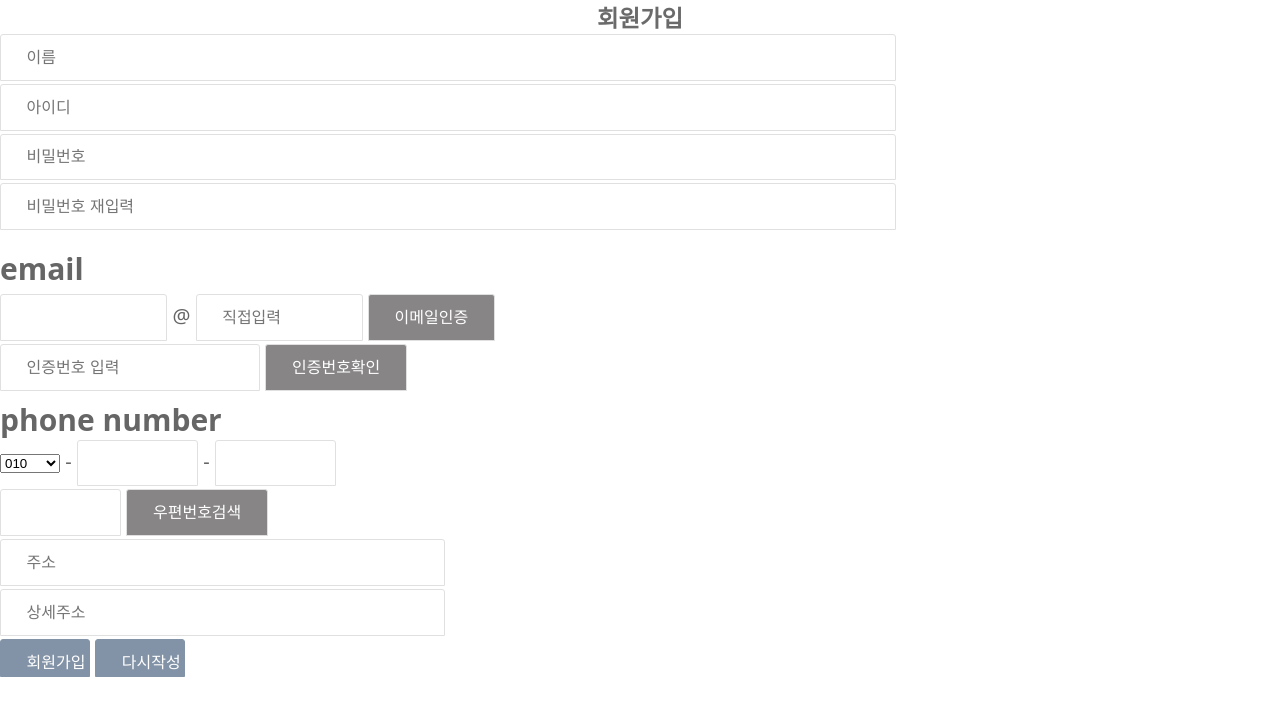
Repository: keepsus/gaebokchi
Page: http://localhost/uzuslime/member/memberWriteForm.jsp
The author's editor kept a copy of each file at every save. The page is drawn from the files as they stood at one save, then again after the next save.
The browser window is 1280 px wide. The pictures show the whole page.
Some web fonts or font styles are not loaded; a fallback is used. The page is served by Tomcat 9. Nobody is signed in. The application's start-up code is not run. Other server files are loaded and not shown.

Above is the page before, as saved 2021-02-12 11:10:54.

### uzuslime/src/main/webapp/member/memberWriteForm.jsp
<%@ page language="java" contentType="text/html; charset=UTF-8"
    pageEncoding="UTF-8"%>

    <link rel="stylesheet" href="/slime/css/memberWriteForm.css">
    <link rel="preconnect" href="https://fonts.gstatic.com">
    <link href="https://fonts.googleapis.com/css2?family=Raleway:ital,wght@0,200;0,300;0,400;0,500;1,300;1,400&display=swap" rel="stylesheet">


<form name="memberWriteForm" method="post" action="/slime/member/write">
	<div>
	    <h3 class="modal-header" style="text-align:center; color:rgba(63, 62, 62, 0.774);">회원가입</h3>
	</div>


	<article name="memberSignUpForm" class="signUpForm" >
	    <div class="input-text">
	        <input type="text" id="member_name" name="member_name" size="25" placeholder="이름" autocomplete=”off”>
	        <div id="nameDiv"></div>
	    </div>


	    <div class="input-text">
	        <input type="text" class="member_id" id="member_id" name="member_id" size="25" placeholder="아이디" autocomplete=”off”>
	        <input type="hidden" id="check" value="">
	      <div id="idDiv"></div>

	    </div>


	    <div class="input-text">
	        <input type="password" class="sign-pwd" name="member_pw" size="25" placeholder="비밀번호">
	        <div id="pwdDiv"></div>
	    </div>


	    <div class="input-text">
	        <input type="password" class="sign-repwd" name="repw" size="25" placeholder="비밀번호 재입력">
	        <div id="repwdDiv"></div>
	    </div>


	    <div class="signUp-email-form" style="margin-top:15px;">
	    	    <h2 style="margin-bottom:5px;">email </h2>
	        <input type="text" class="sign-email1" id="email1" name="email1" size="10">
	        @
	        <input type="email" class="sign-email2" list="email2" id="email2" name="email2"  placeholder="직접입력" size="10">
	        <datalist id="email2">
	            <option value="gmail.com">
	            <option value="naver.com">
	            <option value="hanmail.net">
	        </datalist>
	        <input type="button" id="emailBtn" name="emailBtn" class="emailBtn" value="이메일인증"><br>
	         <input type="text" class="checkEmail" id="checkEmail" name="checkEmail" placeholder="인증번호 입력" autocomplete=”off”>
	         <input type="hidden" id="checkEmailR" value="">
	        <input type="button" id="emailCheckBtn" class="emailCheckBtn" value="인증번호확인" ><br>
	    </div>
		<div id="emailDiv"></div>

	    <div class="signUp-phone-form">
	    <h2 style="margin-top:5px;">phone number </h2>
	        <select name="tel1" class="sign-tel1" style="width: 60px;">
	            <option value="010">010
	            <option value="011">011
	            <option value="019">019
	        </select>
	         -
	         <input type="text" class="sign-tel2" name="tel2" size="5">
	         -
	         <input type="text" class="sign-tel3" name="tel3" size="5">
	    </div>


	    <div class="signUp-address-form">
	        <input type="text" class="sign-post" id="postcode" name="zipcode" size="5" readonly>
	        <input type="button" id="checkPostBtn" class="checkPostBtn" value="우편번호검색"><br>
	        <input type="text" class="sign-address" id="address" name="addr1" size="40"  readonly placeholder="주소"><br>
	        <input type="text" class="sign-detail" id="detailAddress" name="addr2" size="40" placeholder="상세주소">
	    </div>


	    <div class="signUp-btn-box">
	        <input type="button" id="writeBtn" class="writeBtn" value="회원가입">
	        <input type="reset" value="다시작성">
	    </div>
	</article>

	<input type="hidden" name="email_key" value="0">
	<input type="hidden" name="admin_yn" value="0">

</form>
<script type="text/javascript" src="https://code.jquery.com/jquery-3.5.1.min.js"></script>
<script type="text/javascript" src="/slime/js/member.js?ver=1"></script>

### uzuslime/src/main/webapp/css/memberWriteForm.css
@charset "UTF-8";
* {
    margin: 0px;
    padding: 0px;
    box-sizing: border-box;
}

html {
    background-color: #fff;
    color: rgba(85, 85, 85, 0.897);
    font-family: 'Raleway','Noto Sans Korean','Apple SD Gothic Neo', 'Malgun Gothic','Nanum Gothic', 'Noto Sans','sans-serif';
    font-weight: 300px;
    font-size: 20px;
    text-rendering: optimizeLegibility;
    /* 반응형 웹사이트를 만드려고 기준으로 두었다. 폰트사이즈를 20px을 기본으로 주면 다른 태그에서 %를 사용해서 변경해주면
    폰트 사이즈를 바꿔줄때마다 웹사이트의 폰트 사이즈가 자동으로 바뀔 것이다. */
}

.modal-header{
	margin-botton: 8%;

}

.memberSignUpForm{
	text-align: center;
}

.input-text input{
    width: 70%;
    padding: 1% 2%;
    line-height: 1.2;
    border-radius: 3px 3px 0 0;
    border: 1px solid #e0e0e0;
    font-size: 80%;
    margin-bottom: 3px;
}

.emailBtn,.emailCheckBtn,.checkPostBtn{
    background-color: #fff;
    color: rgba(85, 85, 85, 0.897);
    border: 1px solid #e0e0e0;
    text-decoration: none;
    cursor: pointer;
    border-radius: 3px 3px 0 0;
}

.emailBtn,.emailCheckBtn,.checkPostBtn,.writeBtn:hover{
    transition: 0.4s;
    background-color: rgba(78, 76, 76, 0.678);
    color: white;
}

.signUp-email-form input {
	padding: 1% 2%;
    line-height: 1.2;
    border-radius: 3px 3px 0 0;
    border: 1px solid #e0e0e0;
    font-size: 80%;
    margin-bottom: 3px;
}

.signUp-phone-form input {
	padding: 1% 2%;
    line-height: 1.2;
    border-radius: 3px 3px 0 0;
    border: 1px solid #e0e0e0;
    font-size: 80%;
    margin-bottom: 3px;
}

.signUp-address-form input {
	padding: 1% 2%;
    line-height: 1.2;
    border-radius: 3px 3px 0 0;
    border: 1px solid #e0e0e0;
    font-size: 80%;
    margin-bottom: 3px;
}

.signUp-btn-box input{
	padding: 1% 2%;
    line-height: 1.2;
    border-radius: 3px 3px 0 0;
    border: 1px solid #8393a7;
    background-color: #8393a7;
    font-size: 80%;
    color :white;
    margin-bottom: 3px;
    width: 90px;
    height:38px;
    cursor:pointer;
}

### uzuslime/src/main/webapp/js/member.js
//로그인
$('#loginBtn').click(function(){
	$('#loginIdDiv').empty();
	$('#loginPwdDiv').empty();

	if($('#loginId').val()==''){
		$('#loginIdDiv').text('아이디를 입력')
						.css('color','red')
						.css('font-size','8pt')
						.css('font-weight','bold');

	}else if($('#loginPwd').val()==''){
		$('#loginPwdDiv').text('비밀번호를 입력')
						 .css('color','red')
						 .css('font-size','8pt')
						 .css('font-weight','bold');
	}else{
		$.ajax({
			type : 'post',
			url: '/slime/member/login',
			data: {'member_id': $('#loginId').val(), 'pwpwpw': $('#loginPwd').val()},

			dataType: 'text',
			success: function(data){
				if(data == 'success'){
					location.href = '/slime/index.jsp';

				}else if(data == 'fail'){

					alert('잘못된 정보입니다. 다시 입력해주세요.');
				}
			},//success
			error: function(err){
				console.log(err);
			}//error

		});//ajax
	}//else
});//click

//회원가입
$('#writeBtn').click(function(){
	$('#nameDiv').empty();
	$('#idDiv').empty();
	$('#pwdDiv').empty();
	$('#repwdDiv').empty();
	$('#emailDiv').empty();
	var idReg = /^[A-za-z0-9]/g;
	//아이디 한글못넣게 하는 것
	//[영문 대문자 또는 소문자로 시작하는 아이디, 끝날때 제한 없음]

	//if($('#name').val()==''){ -> 방법 1
	//if($('input[id=member_name]').val()==''){ -> 방법 2
	//id 속성이용은 2가지 방법 모두 가능
	if($('input[id=member_name]').val()==''){
		$('#nameDiv').text('이름을 입력하세요');
		$('#nameDiv').css('color','red');
		$('#nameDiv').css('font-size','8pt');
		$('#nameDiv').css('font-weight','bold');

	}else if($('#member_id').val()==''){	//id 속성이용
		$('#idDiv').text('아이디를 입력하세요');
		$('#idDiv').css('color','red');
		$('#idDiv').css('font-size','8pt');
		$('#idDiv').css('font-weight','bold');

	}else if( !idReg.test( $("input[id=member_id]").val() ) ){
		$('#idDiv').text('아이디는 영문자로 시작하는 6~20자 영문자 또는 숫자이어야 합니다.');
		$('#idDiv').css('color','red');
		$('#idDiv').css('font-size','8pt');
		$('#idDiv').css('font-weight','bold');

	}else if($('input[name=member_pw]').val()==''){
		$('#pwdDiv').text('비밀번호를 입력하세요')
		$('#pwdDiv').css('color','red')
		$('#pwdDiv').css('font-size','8pt')
		$('#pwdDiv').css('font-weight','bold');

	}else if($('input[name=repw]').val() != $('input[name=member_pw]').val()){
		$('#repwdDiv').text('비밀번호가 맞지 않습니다')
		$('#repwdDiv').css('color','red')
		$('#repwdDiv').css('font-size','8pt')
		$('#repwdDiv').css('font-weight','bold');

	}else if($('#member_id').val() != $('#check').val()){
		$('#idDiv').text('중복체크 하세요')
		$('#idDiv').css('color','red')
		$('#idDiv').css('font-size','8pt')
		$('#idDiv').css('font-weight','bold');

	}else if($('input[name=email1]').val()==''||$('input[name=email2]').val()==''){
		$('#emailDiv').text('이메일을 입력하세요')
		$('#emailDiv').css('color','red')
		$('#emailDiv').css('font-size','8pt')
		$('#emailDiv').css('font-weight','bold');

	}else{
		$('form[name=memberWriteForm]').submit();
	}
});

//중복 아이디 체크
$('#member_id').focusout(function(){
	if($('#member_id').val()==''){
		$('#idDiv').text('먼저 아이디를 입력하세요')
		$('#idDiv').css('color','magenta')
		$('#idDiv').css('font-size','8pt')
		$('#idDiv').css('font-weight','bold');

	}else{
		$.ajax({
			type: 'post',
			url: '/slime/member/checkId',
			data: 'member_id='+$('#member_id').val(),
			dataType: 'text',
			success: function(data){
				if(data == 'exist'){
					$('#idDiv').text('사용 불가능')
					$('#idDiv').css('color','magenta')
					$('#idDiv').css('font-size','8pt')
					$('#idDiv').css('font-weight','bold');

				}else if(data == 'non_exist'){
					$('#check').val($('#member_id').val());

					$('#idDiv').text('사용 가능')
					$('#idDiv').css('color','blue')
					$('#idDiv').css('font-size','8pt')
					$('#idDiv').css('font-weight','bold');
				}
			}
		});
	}
});

//우편번호
$('#checkPostBtn').click(function(){
	window.open("/slime/member/memberCheckPost", "zipcode", "width=700 height=500 scrollbars=yes");
});

$('#checkPostSearchBtn').click(function(){
	$.ajax({
		type: 'post',
		url: '/slime/member/checkPostSearch',
		data: $('#memberCheckPostForm').serialize(),	//serialize : '변수=값&변수=값'
		dataType: 'json',
		success: function(data){
			//alert(JSON.stringify(data));

			$('#checkPostTable tr:gt(2)').remove();

			$.each(data.list, function(index, items){
				var address = items.sido+' '
							+ items.sigungu+' '
							+ items.yubmyundong+' '
							+ items.ri+' '
							+ items.roadname+' '
							+ items.buildingname;

				address = address.replace(/null/g, '');

				$('<tr/>').append($('<td/>',{
					align: 'center',
					text: items.zipcode

				})).append($('<td/>',{
					colspan: '3',
					}).append($('<a/>',{
						href: '#',
						id: 'addressA',
						text: address
					}))
				).appendTo($('#checkPostTable'));
			});//each

			$('a').click(function(){
				//alert($(this).prop('tagName'));
				//alert($(this).parent().prev().text());

				$('#postcode', opener.document).val($(this).parent().prev().text());
				$('#address', opener.document).val($(this).text());
				$('#detailAddress', opener.document).focus();
				window.close();
			});
		},
		error: function(err){
			console.log(err);
		}
	});
});

//회원정보수정
$('#modifyBtn').click(function(){
	$('#nameDiv').empty();
	$('#pwdDiv').empty();
	$('#repwdDiv').empty();

	if($('#member_name').val()==''){
		$('#nameDiv').text('이름을 입력하세요');
		$('#nameDiv').css('color','red');
		$('#nameDiv').css('font-size','8pt');
		$('#nameDiv').css('font-weight','bold');

	}else if($('input[name=member_pw]').val()==''){
		$('#pwdDiv').text('비밀번호를 입력하세요')
		$('#pwdDiv').css('color','red')
		$('#pwdDiv').css('font-size','8pt')
		$('#pwdDiv').css('font-weight','bold');

	}else if($('input[name=repw]').val() != $('input[name=member_pw]').val()){
		$('#repwdDiv').text('비밀번호가 맞지 않습니다')
		$('#repwdDiv').css('color','red')
		$('#repwdDiv').css('font-size','8pt')
		$('#repwdDiv').css('font-weight','bold');

	}else{
		$.ajax({
			type: 'post',
			url: '/slime/member/modify',
			data: $('#memberModifyForm').serialize(),	//serialize : '변수=값&변수=값'
			success: function(){
				alert('회원정보수정 완료');
				location.href='/slime/mypage/myPageOrder.jsp';
			},
			error: function(err){
				console.log(err);
			}
		});
	}
});

//아이디 찾기
$('#searchBtn').click(function(){
	$.ajax({
		type: 'post',
		url: '/slime/member/memberIdSearch',
		data: $('#memberSearch').serialize(),
		dataType: 'text',
		success: function(data){
			alert("회원님의 ID는 "+data+" 입니다");
			location.href='/slime/index.jsp';
		},
		error: function(err){
			alert("틀린 정보입니다. 다시 확인해주세요.")
			console.log(err);
		}
	});
});


//이메일 인증 보내기
$('#emailBtn').click(function(){
	$('#emailDiv').empty();
	if($('input[name=email1]').val()==''||$('input[name=email2]').val()==''){
		$('#emailDiv').text('이메일을 입력하세요');
		$('#emailDiv').css('color','red');
		$('#emailDiv').css('font-size','8pt');
		$('#emailDiv').css('font-weight','bold');

	}else{
		$.ajax({
			type: 'post',
			url: '/slime/member/sendEmail',
			data: 'e_mail='+$('#email1').val()+'@'+$('#email2').val(),
			dataType: 'json',
			success: function(data){
				$('#emailDiv').text('이메일이 발송되었습니다. 인증번호를 입력헤주세요');
				$('#emailDiv').css('color','red');
				$('#emailDiv').css('font-size','8pt');
				$('#emailDiv').css('font-weight','bold');
				console.log('이메일 data ='+ JSON.stringify(data));//data가 들어오는것인가?이상한게 찍힌다.
				$('#checkEmailR').val(data.dice);//받은 인증번호를 jsp에 있는 hidden 속성에 넣어주기
			},
			error: function(err){
				console.log(err);
			}
		});
	}

});


//이메일 인증번호 확인
$('#emailCheckBtn').click(function(){
	$('#emailDiv').empty();

	if($('input[id=checkEmail]').val()==''){
		$('#emailDiv').text('이메일 인증번호를 입력해주세요 ')
		$('#emailDiv').css('color','magenta')
		$('#emailDiv').css('font-size','8pt')
		$('#emailDiv').css('font-weight','bold');

	}else{
		if
		(document.getElementById('checkEmail').value == document.getElementById('checkEmailR').value){
			$('#emailDiv').text('인증되었습니다.')
			$('#emailDiv').css('color','magenta')
			$('#emailDiv').css('font-size','8pt')
			$('#emailDiv').css('font-weight','bold');
		}else if
		(document.getElementById('checkEmail').value != document.getElementById('checkEmailR').value){
			$('#emailDiv').text('인증번호가 맞지 않습니다.')
			$('#emailDiv').css('color','magenta')
			$('#emailDiv').css('font-size','8pt')
			$('#emailDiv').css('font-weight','bold');
		}
	}

});

After the next save:
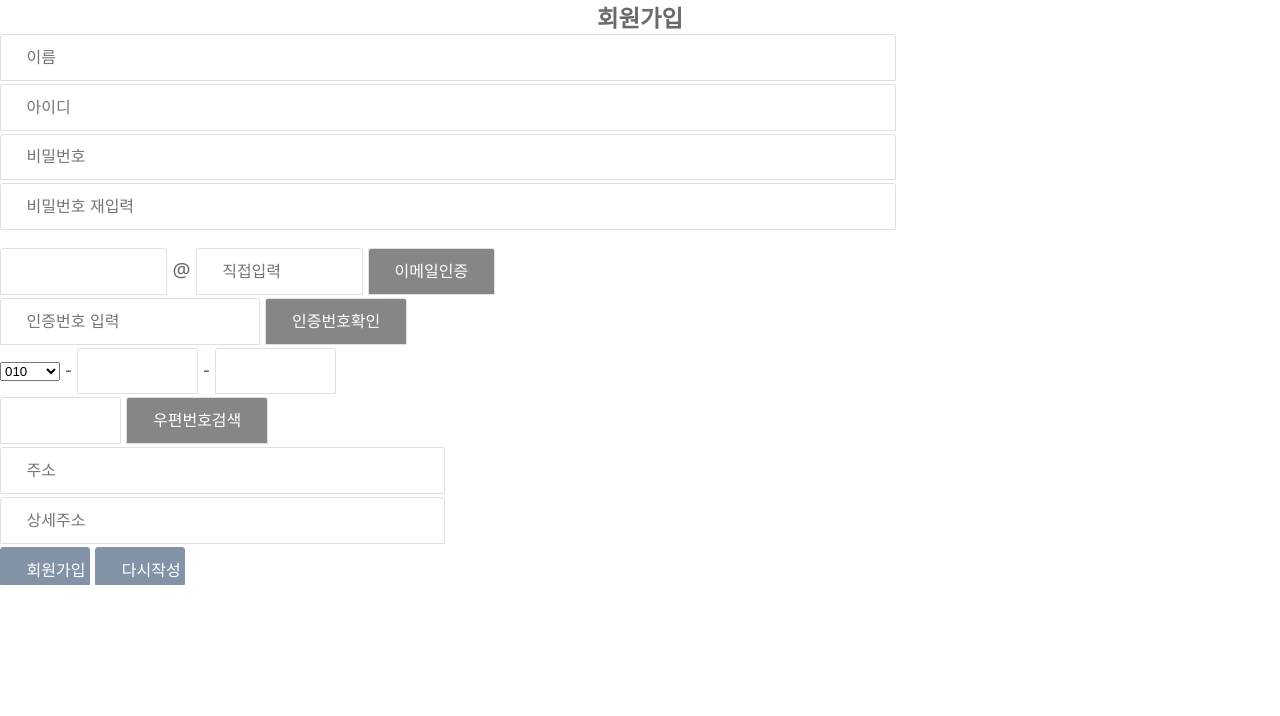
Saved 3 min 12 s later.
--- a/uzuslime/src/main/webapp/member/memberWriteForm.jsp
+++ b/uzuslime/src/main/webapp/member/memberWriteForm.jsp
@@ -40,7 +40,7 @@
 
 
 	    <div class="signUp-email-form" style="margin-top:15px;">
-	    	    <h2 style="margin-bottom:5px;">email </h2>
+<!-- 	    	    <h2 style="margin-bottom:5px;">email </h2> -->
 	        <input type="text" class="sign-email1" id="email1" name="email1" size="10">
 	        @
 	        <input type="email" class="sign-email2" list="email2" id="email2" name="email2"  placeholder="직접입력" size="10">
@@ -57,7 +57,7 @@
 		<div id="emailDiv"></div>
 
 	    <div class="signUp-phone-form">
-	    <h2 style="margin-top:5px;">phone number </h2>
+<!-- 	    <h2 style="margin-top:5px;">phone number </h2> -->
 	        <select name="tel1" class="sign-tel1" style="width: 60px;">
 	            <option value="010">010
 	            <option value="011">011
